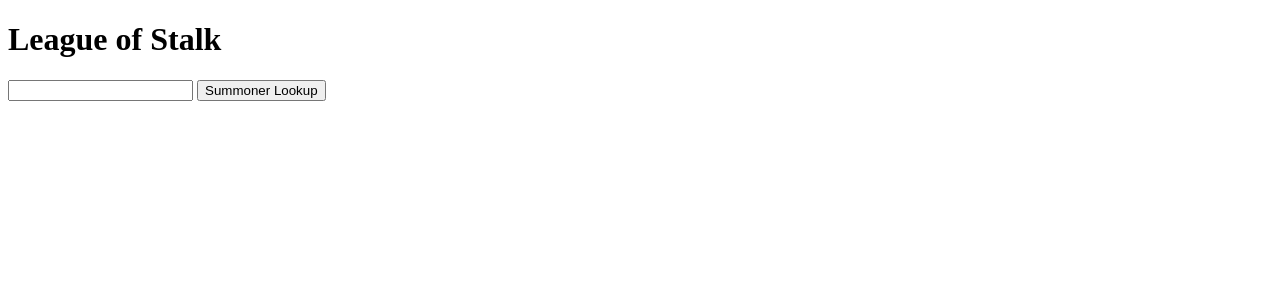
Repository: Dreifingerjpey/TestLos
Page: http://localhost/LeagueOfStalk/
An editor plug-in stored every save of this project. The page is shown before and after the next save, followed by the edit.
The browser window is 1280 px wide. The pictures show the whole page.
The page is served by Tomcat 9. Other server files are loaded and not shown.

Above is the page before, as saved 2017-08-04 20:12:02.

### Eclipse/LeagueOfStalk/WebContent/index.jsp
<%@ page language="java" contentType="text/html; charset=ISO-8859-1"
    pageEncoding="ISO-8859-1"%>
<!DOCTYPE html PUBLIC "-//W3C//DTD HTML 4.01 Transitional//EN" "http://www.w3.org/TR/html4/loose.dtd">
<html>

<head>
	<jsp:include page="CSS/Style.css"/>
	<link rel="stylesheet" href="${pageContext.request.contextPath}/CSS/Style.css" />
	<meta http-equiv="Content-Type" content="text/html; charset=ISO-8859-1">
	<title>League of Stalk</title>
</head>

<body>
	<h1>League of Stalk</h1>
	<form action="SummonerLookup">
		<input type="text" name="summoner">
		<input type="submit" value="Summoner Lookup"/>
	</form>
</body>
</html>

Loaded but not shown: Eclipse/LeagueOfStalk/WebContent/CSS/Style.css (no copy from this time; the picture is the same without it)

After the next save:
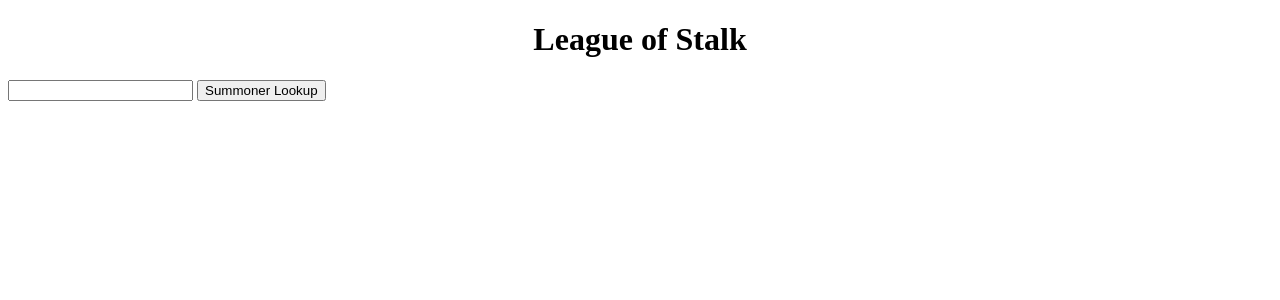
Saved 8 min 9 s later.
--- a/Eclipse/LeagueOfStalk/WebContent/index.jsp
+++ b/Eclipse/LeagueOfStalk/WebContent/index.jsp
@@ -11,7 +11,7 @@
 </head>
 
 <body>
-	<h1>League of Stalk</h1>
+	<h1 align="center">League of Stalk</h1>
 	<form action="SummonerLookup">
 		<input type="text" name="summoner">
 		<input type="submit" value="Summoner Lookup"/>
